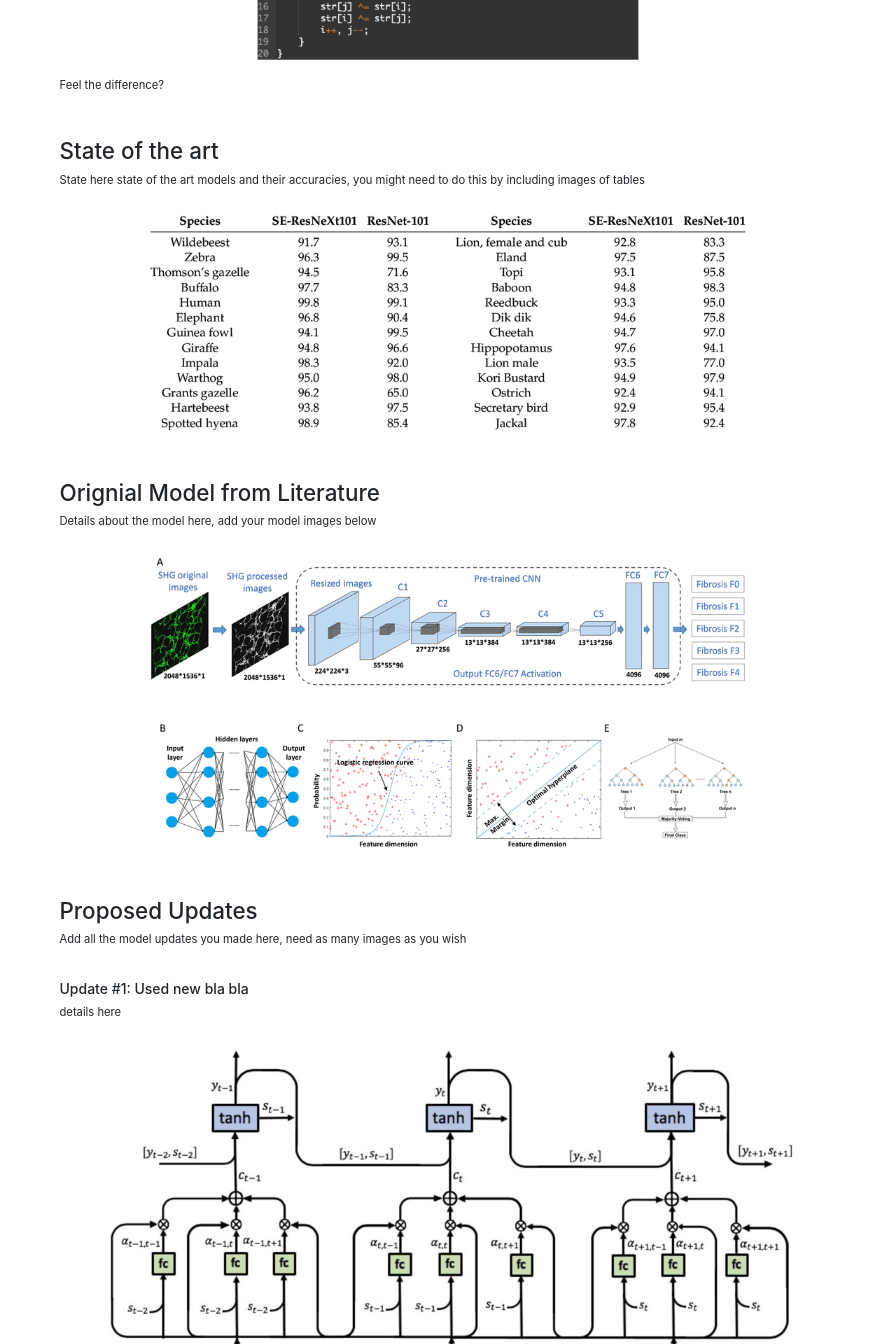
Repository: Shaalan-omar/ConcodePlus
Page: team-specific/index.html
An editor plug-in stored every save of this project. The page is shown before and after the next save, followed by the edit.
The browser window is 1280 px wide. The pictures show the part of the page from y = 2615 to 4535 px (the page is 6798 px tall before and 7921 px after), at 70% of full size.

Above is the page before, as saved 2023-05-12 02:42:42.

### team-specific/index.html
<!DOCTYPE html>
<html lang="en">

<head>

  <meta charset="utf-8">
  <meta name="viewport" content="width=device-width, initial-scale=1, shrink-to-fit=no">
  <meta name="description" content="">
  <meta name="author" content="">

  <title>Code Generation / Documentation model based on CodeT5</title>

  <!-- Bootstrap core CSS -->
  <link href="../vendor/bootstrap/css/bootstrap.min.css" rel="stylesheet">

</head>

<body>

  <!-- Navigation -->
  <nav class="navbar navbar-expand-lg navbar-dark bg-dark static-top">
    <div class="container">
      <a class="navbar-brand" href="../home.html">Practical Machine Deep Learning</a>
      <button class="navbar-toggler" type="button" data-toggle="collapse" data-target="#navbarResponsive" aria-controls="navbarResponsive" aria-expanded="false" aria-label="Toggle navigation">
        <span class="navbar-toggler-icon"></span>
      </button>
      <div class="collapse navbar-collapse" id="navbarResponsive">
        <ul class="navbar-nav ml-auto">
          <li class="nav-item active">
            <a class="nav-link" href="../home.html">Home
              <span class="sr-only">(current)</span>
            </a>
          </li>
          <li class="nav-item">
            <a class="nav-link" href="../about.html">About</a>
          </li>
          <li class="nav-item">
            <a class="nav-link" href="../contact.html">Contact</a>
          </li>
        </ul>
      </div>
    </div>
  </nav>

  <!-- Page Content -->
  <div class="container">
    <div class="row">
      <div class="col-lg-12 text-center">
        <h1 class="mt-5">Code Generation / Documentation model based on CodeT5</h1>
        <ul class="list-unstyled">
          <li>Omar Shaalan 900193887</li>
          <li>Kyrollos Zakarya 900203309</li>
        </ul>
      </div>
    </div>


    <div class="row">
      <div class="col-lg-12 text-left">
        <h2 class="mt-5"></h2>
		<p>
			Code generation is a very important in our current daily life. However, the documentation of the code is beyond important too,
      we need the code that is generated to have a documentation generated with it in order to be able to generate a code that is understandable
      and increase the efficency (we increase the efficency of the code by providing documentation for the code so it will be easy to reuse/extract needed parts of the code)
		</p>
      </div>
    </div>

    <div class="row">
      <div class="col-lg-12 text-left">
        <h2 class="mt-5">Dataset</h2>

        <p>
			Our initial plan was to work with the Cocode's task dataset, which is concode (the code generation task), this was intentionally our intution
      as our task, ConcodePlus(the code generation with documentation), was going to generate the code that concode generated but with comments. However,
      in concode's dataset we only had the code and the Natural Language describing the code, but no dataset had the code itself with comments in the same coloumn,
      this of course limited our ways
      to train the model on genreating a documented code, as we had no clear dataset that had code, comments for that code, all we had was datasets having code and
      a natural language describing the code, as illustrated in the visualization of the Concode's dataset below.
    </p>
    <br/> <!-- Empty Line before the image -->
    <div class="img-container" align="center"> <!-- Block parent element -->
        <img src="resources/images/concode.png" class="img-fluid text-center">
    </div>
    <br/> <!-- Empty Line after the image -->
<p>
  Hence, we had to make a major change, that will allow us to have a dataset that contains a pair consisting of code and a prompt as usual describing
      the code, but in the code's column we added comments to the code itself in the same coloumn.
      This was our own dataset, and we called PyPlus, as this dataset works on Python codes only, and the plus part is because it is the first of its
      type to contain code with a detailed comments of the code in the same column, or at least the first
      of its type as an open source dataset, as we have found no dataset in python storing data in that way.
</p>
<br/> <!-- Empty Line before the image -->
<div class="img-container" align="center"> <!-- Block parent element -->
    <img src="resources/images/dataset.png" class="img-fluid text-center">
</div>

      </div>
    </div>

    <div class="row">
      <div class="col-lg-12 text-left">
        <h2 class="mt-5">Input/Output Examples</h2>

        <p>
			 Problem statement: -
		</p>

		<br/> <!-- Empty Line before the image -->
	    <div class="img-container" align="center"> <!-- Block parent element -->
      		<img src="resources/images/Problem_Stat_1.png" class="img-fluid text-center">
    	</div>

    	<br/> <!-- Empty Line after the image -->

      <br/> <!-- Empty Line before the image -->
	    <div class="img-container" align="center"> <!-- Block parent element -->
      		<img src="resources/images/Problem_Stat_2.png" class="img-fluid text-center">
    	</div>

    	<br/> <!-- Empty Line after the image -->
      </div>
    </div>

    <p class = "center">
      Feel the difference?
   </p>
    <div class="row">
      <div class="col-lg-12 text-left">
        <h2 class="mt-5">State of the art</h2>

        <p>
			State here state of the art models and their accuracies, you might need to do this by including images of tables
		</p>

		<br/> <!-- Empty Line before the image -->
	    <div class="img-container" align="center"> <!-- Block parent element -->
      		<img src="resources/images/state-of-the-art-results.png" class="img-fluid text-center">
    	</div>
    	<br/> <!-- Empty Line after the image -->
      </div>
    </div>

    <div class="row">
      <div class="col-lg-12 text-left">
        <h2 class="mt-5">Orignial Model from Literature</h2>

        <p>
			Details about the model here, add your model images below
		</p>

		<br/> <!-- Empty Line before the image -->
	    <div class="img-container" align="center"> <!-- Block parent element -->
      		<img src="resources/images/model.png" class="img-fluid text-center">
    	</div>
    	<br/> <!-- Empty Line after the image -->
      </div>
    </div>

    <div class="row">
      <div class="col-lg-12 text-left">
        <h2 class="mt-5">Proposed Updates</h2>

        <p>
			Add all the model updates you made here, need as many images as you wish
		</p>

		<h5 class="mt-5">Update #1: Used new bla bla</h5>
		<p>
			details here
		</p>
		<br/> <!-- Empty Line before the image -->
	    <div class="img-container" align="center"> <!-- Block parent element -->
      		<img src="resources/images/update1.jpeg" class="img-fluid text-center">
    	</div>
    	<br/> <!-- Empty Line after the image -->

		<h5 class="mt-5">Update #2: Used new whatever</h5>
		<p>
			details here
		</p>
		<br/> <!-- Empty Line before the image -->
	    <div class="img-container" align="center"> <!-- Block parent element -->
      		<img src="resources/images/update2.png" class="img-fluid text-center">
    	</div>
    	<br/> <!-- Empty Line after the image -->
      </div>
    </div>


    <div class="row">
      <div class="col-lg-12 text-left">
        <h2 class="mt-5">Results</h2>

        <p>
			Add your results here, add graphs and images to illustrate it.
			Compare your results to the original model and state of the art
		</p>

		<br/> <!-- Empty Line before the image -->
	    <div class="img-container" align="center"> <!-- Block parent element -->
      		<img src="resources/images/results.png" class="img-fluid text-center">
    	</div>
    	<br/> <!-- Empty Line after the image -->
      </div>
    </div>


    <div class="row">
      <div class="col-lg-12 text-left">
        <h2 class="mt-5">Technical report</h2>

        <p>
			Here you will detail the details related to training, for example:
		</p>

	 	<ul>
		  <li>Programming framework</li>
		  <li>Training hardware i.e. colab or azure or anything else</li>
		  <li>Training time</li>
		  <li>Number of epochs</li>
		  <li>Time per epoch</li>
		  <li>Any other important detail or difficulties</li>
		</ul>
      </div>
    </div>

	<div class="row">
	  <div class="col-lg-12 text-left">
	    <h2 class="mt-5">Conclusion</h2>

	    <p>
			Conclusion and future work (including lessons learned and interesting findings
		</p>

	  </div>
	</div>

	<div class="row">
	  <div class="col-lg-12 text-left">
	    <h2 class="mt-5">References</h2>

	    <p>
	    	List all references here, the following are only examples
	    </p>

		<ol>
		  <li><a href="http://www.google.com">Problem statement url</a></li>
		  <li><a href="http://www.google.com">Dataset URL</a></li>
		  <li><a href="http://www.google.com">Model Reference URL</a></li>
		</ol>
	  </div>
	</div>

  </div>



  <!-- Bootstrap core JavaScript -->
  <script src="../vendor/jquery/jquery.slim.min.js"></script>
  <script src="../vendor/bootstrap/js/bootstrap.bundle.min.js"></script>

</body>

</html>

Loaded but not shown: vendor/bootstrap/css/bootstrap.min.css (library); vendor/jquery/jquery.slim.min.js (library); vendor/bootstrap/js/bootstrap.bundle.min.js (library)

After the next save:
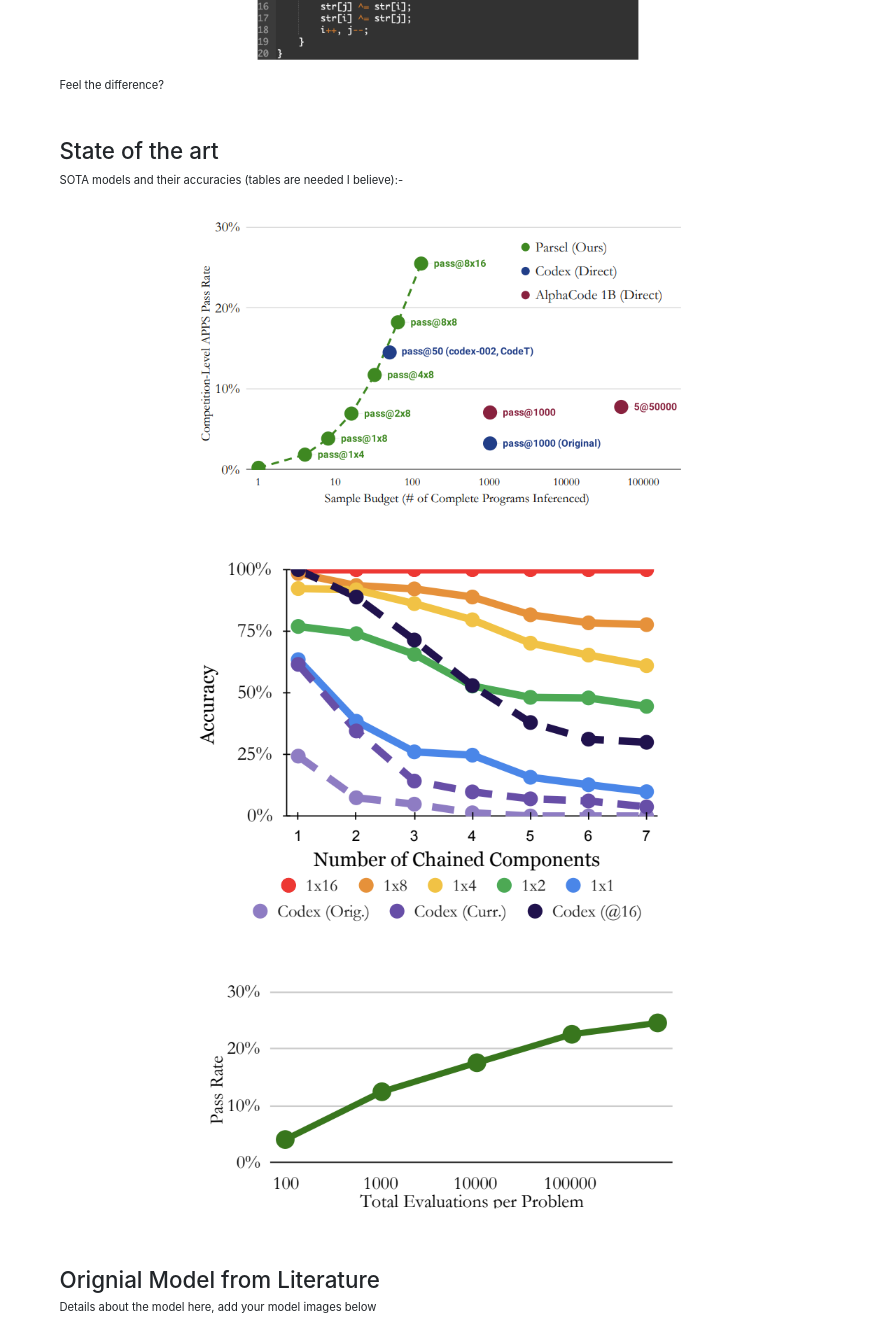
Saved 17 min 39 s later.
--- a/team-specific/index.html
+++ b/team-specific/index.html
@@ -130,12 +130,24 @@
         <h2 class="mt-5">State of the art</h2>
 
         <p>
-			State here state of the art models and their accuracies, you might need to do this by including images of tables
-		</p>
-
-		<br/> <!-- Empty Line before the image -->
-	    <div class="img-container" align="center"> <!-- Block parent element -->
-      		<img src="resources/images/state-of-the-art-results.png" class="img-fluid text-center">
+			SOTA models and their accuracies (tables are needed I believe):-
+		</p>
+
+		<br/> <!-- Empty Line before the image -->
+	    <div class="img-container" align="center"> <!-- Block parent element -->
+      		<img src="resources/images/parsel_1.png" class="img-fluid text-center">
+    	</div>
+    	<br/> <!-- Empty Line after the image -->
+
+      <br/> <!-- Empty Line before the image -->
+	    <div class="img-container" align="center"> <!-- Block parent element -->
+      		<img src="resources/images/parsel_2.png" class="img-fluid text-center">
+    	</div>
+    	<br/> <!-- Empty Line after the image -->
+
+      <br/> <!-- Empty Line before the image -->
+	    <div class="img-container" align="center"> <!-- Block parent element -->
+      		<img src="resources/images/parsel_3.png" class="img-fluid text-center">
     	</div>
     	<br/> <!-- Empty Line after the image -->
       </div>
